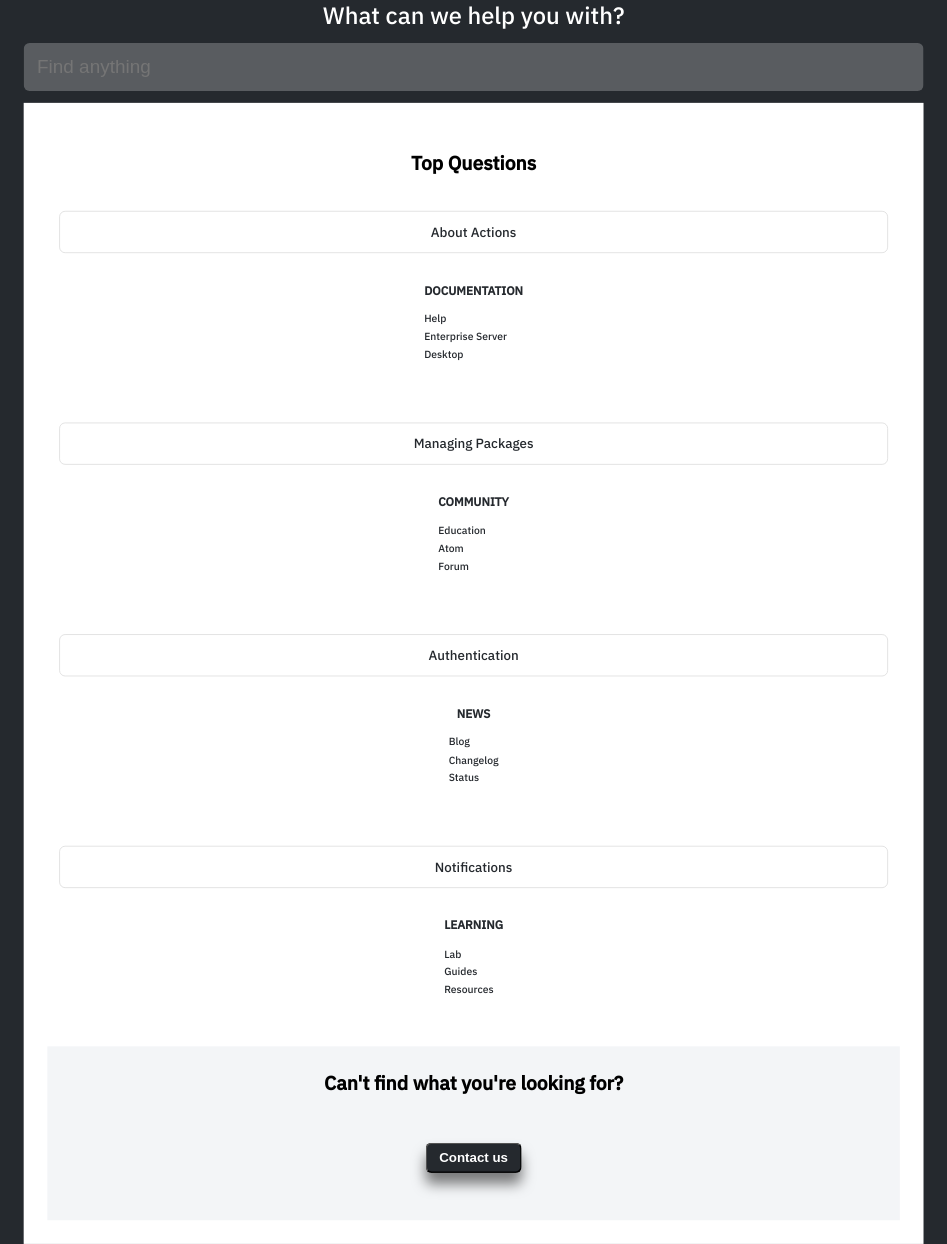
Repository: Hcmwebs/Help-Center-UI-
Page: index.html
These files come from the project's save history. The page is drawn as it stood at one moment and after the next save; the edit follows.
The browser window is 1280 px wide. The pictures show the whole page, at 74% of full size.
The style sheet was rebuilt from its Sass, Less or Tailwind sources for each picture, by a compiler version that may differ from the author's.

Above is the page before, as saved 2020-08-26 00:49:03.

### index.html
<!DOCTYPE html>
<html lang="en">
<head>
    <meta charset="UTF-8">
    <meta name="viewport" content="width=device-width, initial-scale=1.0">
    <link rel="stylesheet" href="css/styles.min.css">
    <title>Help Center</title>
</head>
<body>
    <div class="container">
        <header>
            <h1>What can we help  you with?</h1>
            <input type="search"
            id="search"
            placeholder="Find anything">
        </header>


        <!-- *******card****** -->
        <div class="card">
            <!--****card-header**** -->
            <h2> Top Questions</h2>

            <!--****card-body**** -->

            <div class="card-item">
                <div class="card-item-head">
                    <h3>About Actions</h3>
                </div>
                <div class="card-item-body">
                    <h4>documentation</h4>
                    <ul>
                        <li>Help</li>
                        <li>Enterprise Server</li>
                        <li>Desktop</li>
                    </ul>
                </div>
            </div>

            <div class="card-item">
                <div class="card-item-head">
                    <h3>Managing Packages</h3>
                </div>
                <div class="card-item-body">
                    <h4>Community</h4>
                    <ul>
                        <li>Education</li>
                        <li>Atom</li>
                        <li>Forum</li>
                    </ul>
                </div>
            </div>

            <div class="card-item">
                <div class="card-item-head">
                    <h3>Authentication</h3>
                </div>
                <div class="card-item-body">
                    <h4>news</h4>
                    <ul>
                        <li>Blog</li>
                        <li>Changelog</li>
                        <li>Status</li>
                    </ul>
                </div>
            </div>

            <div class="card-item">
                <div class="card-item-head">
                    <h3>Notifications</h3>
                </div>
                <div class="card-item-body">
                    <h4>Learning</h4>
                    <ul>
                        <li>Lab</li>
                        <li>Guides</li>
                        <li>Resources</li>
                    </ul>
                </div>
            </div>


            <!--****card--footer**** -->
            <div class="card-footer">
                <h2>Can't find what you're looking for? </h2>
                <button class="btn-primary">Contact us</button>
            </div>

        </div>
    </div>
</body>
</html>

### scss/styles.scss
@import url('https://fonts.googleapis.com/css2?family=IBM+Plex+Sans:wght@300;500&display=swap');
$font-stack:'IBM Plex Sans', sans-serif;
$bg-color:rgba(37,41,46,1.0);
$primary-color:rgba(255,255,255,1);
$border-color:rgba(218,218,218,1);
$footer-bg-color:rgba(243,245,247,1);
$btn-shadow-color: rgba(0,0,0,0.5);

*{
    margin: 0;
    padding: 0;
    box-sizing: border-box;
}

body{
    font-family: $font-stack;
    font-size: 10px;
    background-color:$bg-color;
    display: grid;
    place-items: center;
    height: 100vh;
    width: 100%;
}
h1{
    font-size: 32px;
    font-weight: 500;
    margin-bottom: 1rem;
    color: $primary-color;
}

h2{
    text-align: center;
    font-size: 26px;
    margin: 1rem 0;
    padding: 1rem;
}
.container{
    width: 100%;
    padding: 0 2rem ;
    background-color:$bg-color;

}

header{
    text-align: center;
    margin-bottom: 1rem;

    input{
        font-size: 1.6rem;
        width: 100%;
        padding: 1rem;
        color:$primary-color;
        background-color:rgba(255,255,255,0.24);
        border: 2px solid transparent;
        border-radius: 0.5rem;
        transition: all 0.75s ease-in;

        input:placeholder{
            width: 80%;
            margin: 0 auto;
            text-align: center;
        }

    }
    input:hover{
        border-color: $border-color;
    }

}
.card{
    width: 100%;
    background-color: #fff;
    padding: 2rem;

    &-item{
        width: 100%;
        margin-bottom: 2rem;
        text-align: center;
        display: grid;
        grid-template-columns: 1fr;
        gap: 0.5rem;
        padding: 1rem;


        &-head{
            padding: 1rem;
            border: 1px solid $border-color;
            border-radius: 0.5rem;


            h3{
                font-size: 18px;
                font-weight: normal;
                text-align: center;
                color: $bg-color;
            }
        }

        &-body{
            margin: 0 auto;
            padding: 1rem;

            h4{

                font-size: 16px;
                font-weight: bold;
                text-align: center;
                text-transform: uppercase;
                color: $bg-color;
                padding: 1rem 0;
            }

            ul{
                list-style: none;
                margin: 0;
                padding: 0;


                li{
                    font-size: 14px;
                    font-weight: normal;
                    color: $bg-color;
                    padding:0.2rem 0;
                    text-align: justify;
                    text-transform: capitalize;

                }
            }


        }
    }

    &-footer{
        width: 100%;
        background-color:$footer-bg-color;
        display: flex;
        flex-direction: column;
        justify-content: center;
        align-items: center;
        padding-bottom: 2rem;

        button{
            font-size: 18px;
            font-weight: bold;
            margin: 2rem;
            padding: 0.5rem 1rem;
            border-radius: 0.5rem;
            color:$primary-color;
            background-color:$bg-color;
            box-shadow:0 15px 17px $btn-shadow-color ;
        }
    }
}

After the next save:
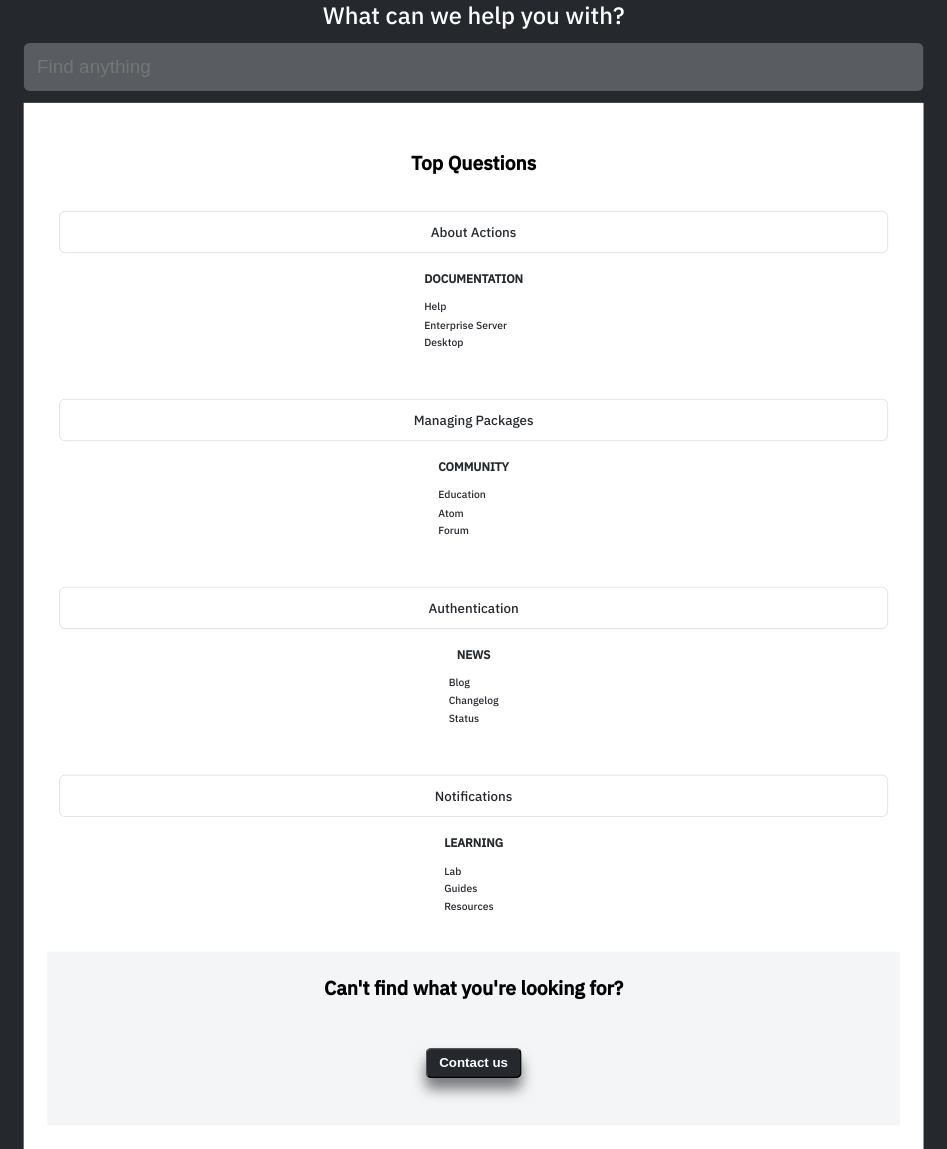
Saved 70 s later.
--- a/scss/styles.scss
+++ b/scss/styles.scss
@@ -98,7 +98,6 @@
 
         &-body{
             margin: 0 auto;
-            padding: 1rem;
 
             h4{
 

After the save that followed:
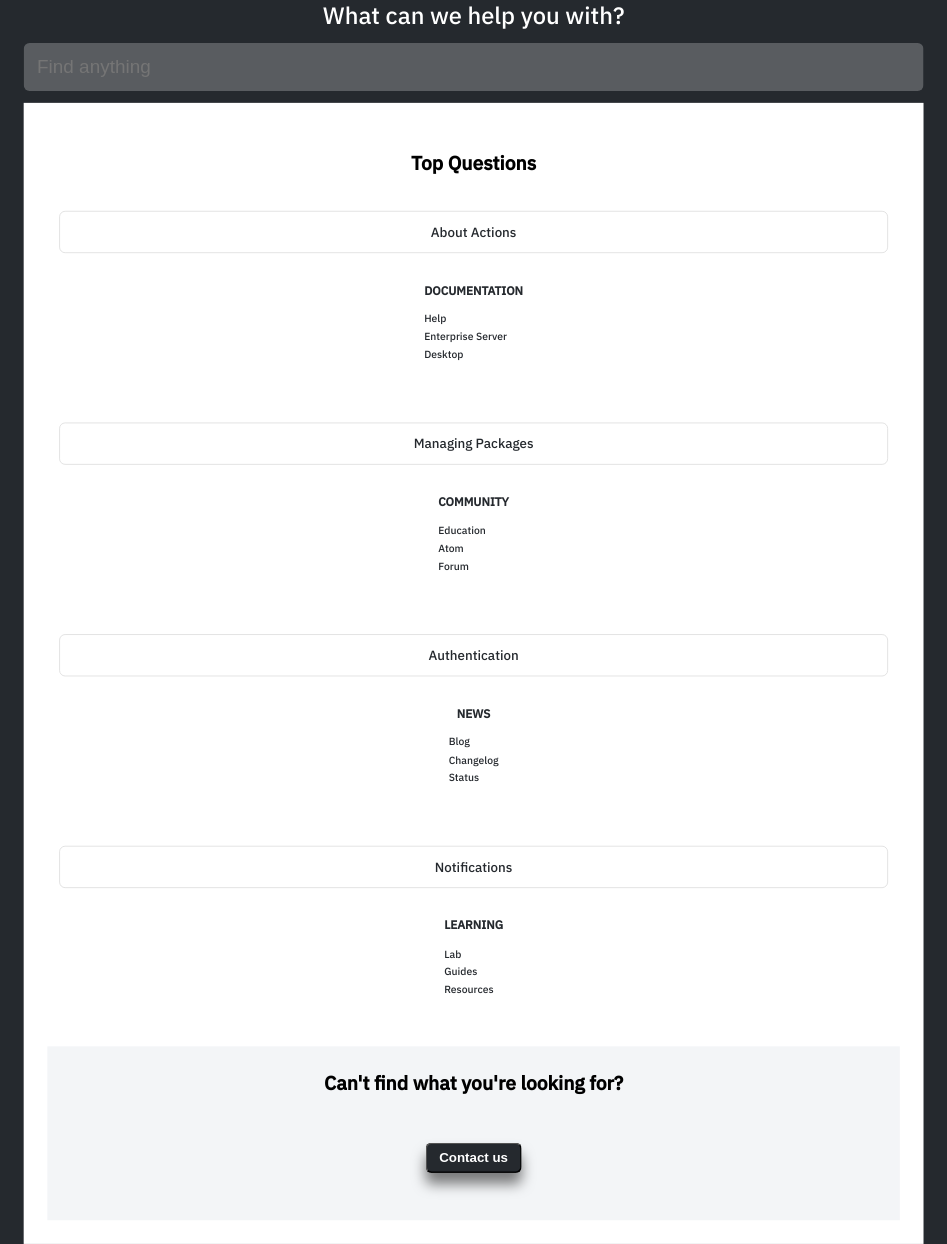
Saved 15 s later.
--- a/scss/styles.scss
+++ b/scss/styles.scss
@@ -98,6 +98,7 @@
 
         &-body{
             margin: 0 auto;
+            padding: 1rem;
 
             h4{
 
